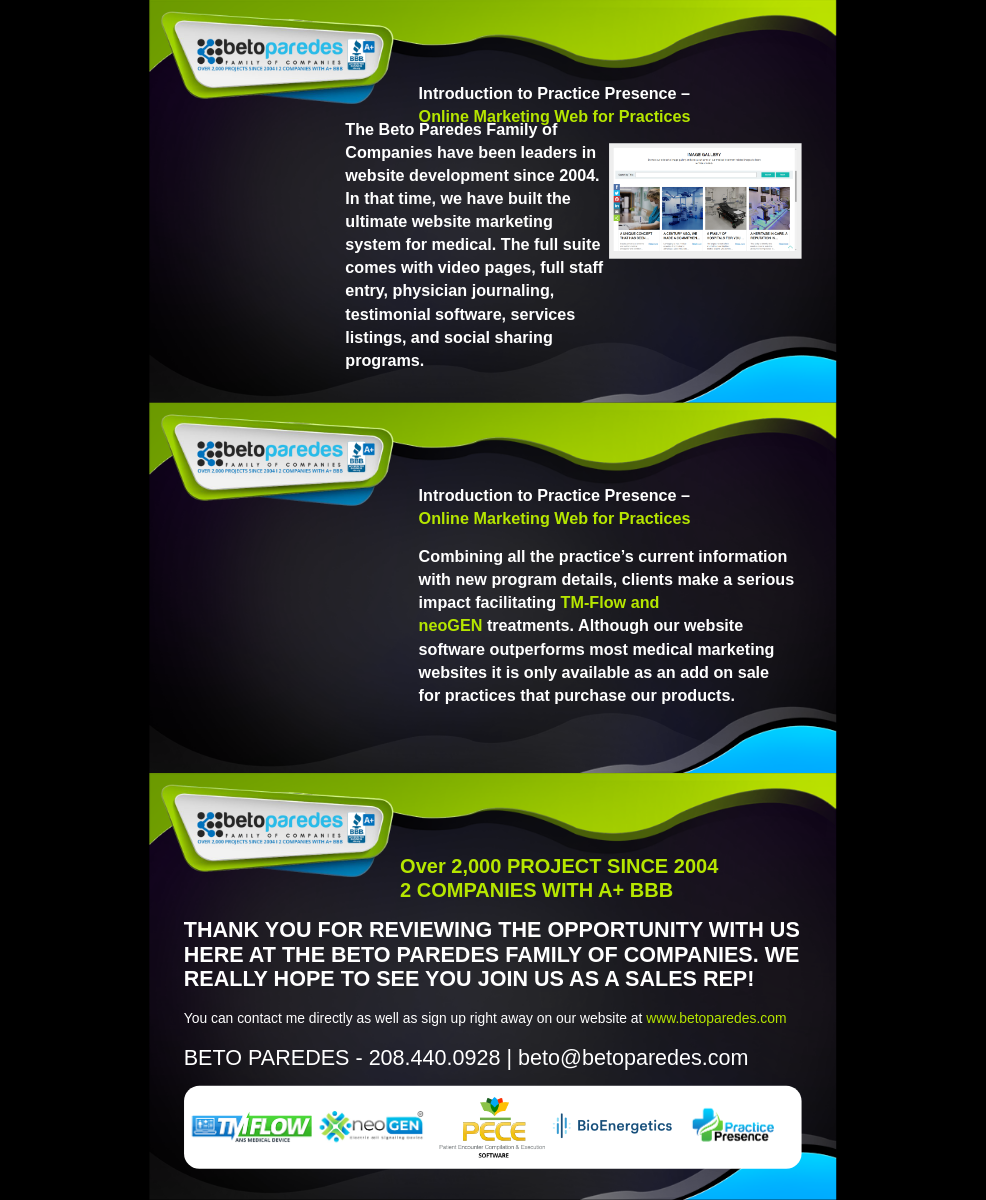
Repository: koushikbiswas/Beto_Paredes_Family_Opportunities_Intro_Deck
Page: slide29.html
The author's editor kept a copy of each file at every save. The page is drawn from the files as they stood at one save, then again after the next save.
The browser window is 1280 px wide. The pictures show the whole page, at 77% of full size.

Above is the page before, as saved 2021-12-21 17:50:43.

After the next save:
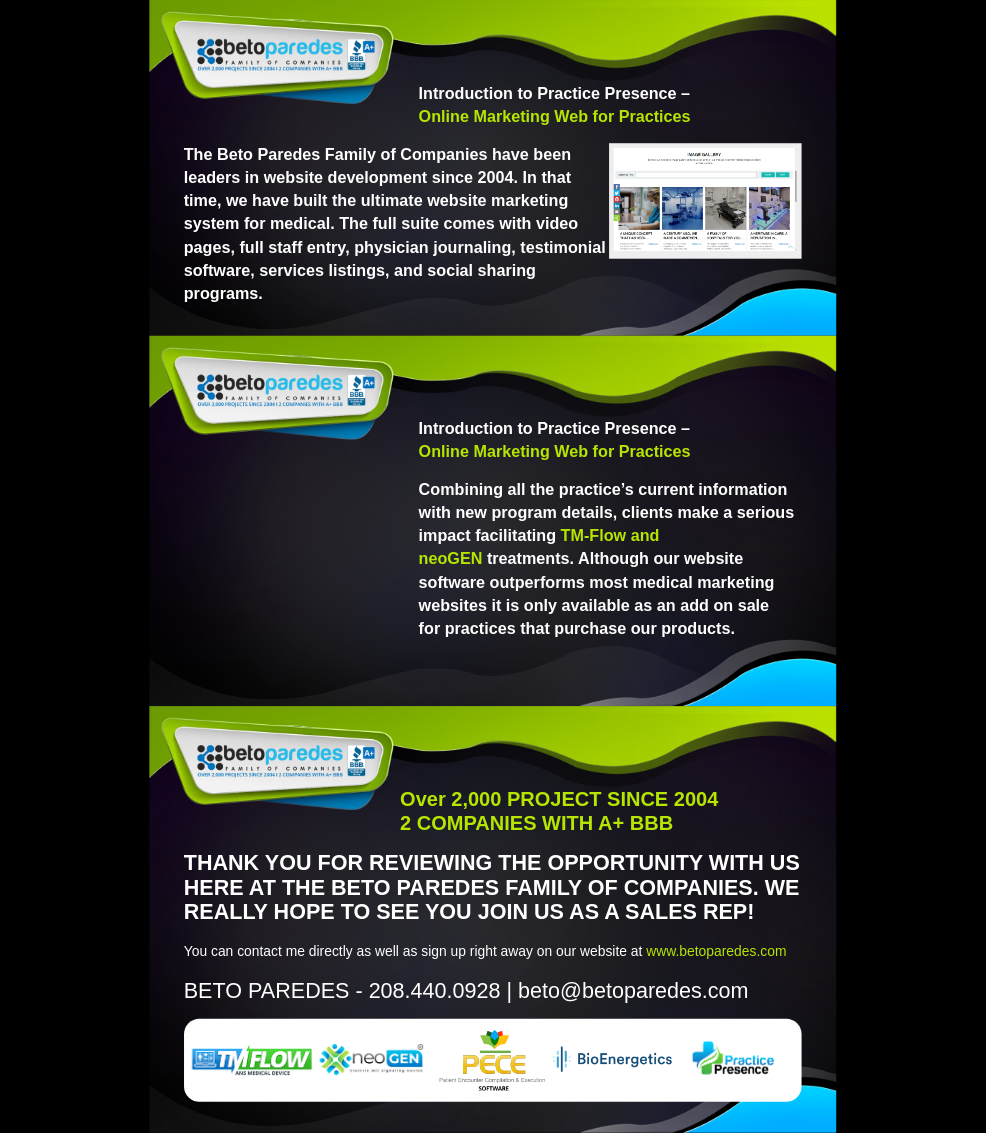
Saved 35 s later.
--- a/assets/css/slide.css
+++ b/assets/css/slide.css
@@ -33,7 +33,7 @@
 .slide27 .pdfmaincontent p{padding-left: 38%;margin-top: -6%;font-size: 21px;font-weight: 600;line-height: 30px;}
 .slide27 .pdfmaincontent p span{color:#b6e600;}
 .slide27 .pdfmaincontent .pdfmaincontentinnerbottom{margin-top: 20px;display: flex;align-items: flex-start;justify-content: space-between;}
-.pdfmaincontentinnerbottominner p{padding-left: 0;margin-top: 0;}
+.pdfmaincontentinnerbottominner p{padding-left: 0 !important;margin-top: 0 !important;}
 .pdfmaincontentinnerbottom .pdfmainimgwrapper{background-color: #eeeeeeff;padding: 6px;}
 .pdfmaincontentinnerbottom .pdfmainimgwrapper img{width:100%}
 /*-----------END SLIDE 27 CSS-----------*/
